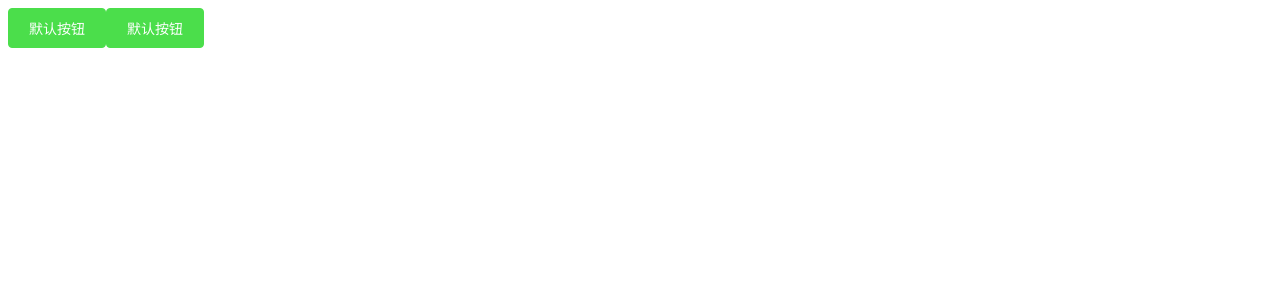
Repository: Cherry-pan/component-packing
Page: /
These files come from the project's save history. The page is drawn as it stood at one moment and after the next save; the edit follows.
The browser window is 1280 px wide. The pictures show the whole page.
The project was rebuilt for these pictures with package versions that can differ from the ones it lists, and the page was loaded fresh each time. Also part of the build but not shown: vue.config.js.

Above is the page before, as saved 2022-04-30 13:48:03.

### index.html
<!DOCTYPE html>
<html>
  <head>
    <meta charset="utf-8">
    <meta name="viewport" content="width=device-width,initial-scale=1.0">
    <title>component-packing</title>
  </head>
  <body>
    <div id="app"></div>
    <!-- built files will be auto injected -->
  </body>
</html>

### src/components/Home.vue
<template>
  <div class="hello">
  <AButton :class="[theme]">
    <slot></slot>
  </AButton>
  </div>
</template>

<script>
export default {
  name: 'Home',
  components:{
    "AButton":()=>import("@/components/button/Button.vue")
  },
  props:{
    type:{
      type:String,
      default:""
    }
  },
  computed:{
    theme(){
      console.log(this.type);
    }
  },
  data () {
    return {
      msg: 'Welcome to Your Vue.js App'
    }
  }
}
</script>

<!-- Add "scoped" attribute to limit CSS to this component only -->
<style scoped>

</style>

### src/components/button/Button.vue
<template>
  <div>
    <button disabled class="a-button a-button-success">默认按钮</button>
    <button disabled class="a-button a-button-success" type="primary">
      默认按钮
    </button>
  </div>
</template>

<script>
export default {
  name: "Button",

  data() {
    return {};
  },

  mounted() {},

  methods: {}
};
</script>

<style lang="scss" scoped>
.a-button {
  padding: 0 20px 0 20px;
  border-width: 1px;
  border-color: #dcdfe6;
  border-style: solid;
  border-radius: 4px;
  background-color: white;
  font-size: 14px;
  color: #606266;
  height: 40px;
  line-height: 40px;
}
// 禁用 透明度
.a-button[disabled] {
  opacity: 0.7;
  // 鼠标变成禁用
  cursor: not-allowed;
}
.a-button-primary {
  border-color: #409eff;
  background-color: #409eff;
  color: white;
  &.is-border {
    background-color: transparent;
    color: #409eff;
  }
}
.a-button-success {
  border-color: #00d100;
  background-color: #00d100;
  color: white;
  &.is-border {
    background-color: transparent;
    color: #00d100;
  }
}
.a-button-warning {
  border-color: #e6a23c;
  background-color: #e6a23c;
  color: white;
  &.is-border {
    background-color: transparent;
    color: #e6a23c;
  }
}
.a-button-danger {
  border-color: #f56c6c;
  background-color: #f56c6c;
  color: white;
  &.is-border {
    background-color: transparent;
    color: #f56c6c;
  }
}
// 圆角
.is-round {
  border-radius: 100px;
}
</style>

Loaded but not shown: src/main.js (common file); src/App.vue (common file); src/router/index.js (common file)

After the next save:
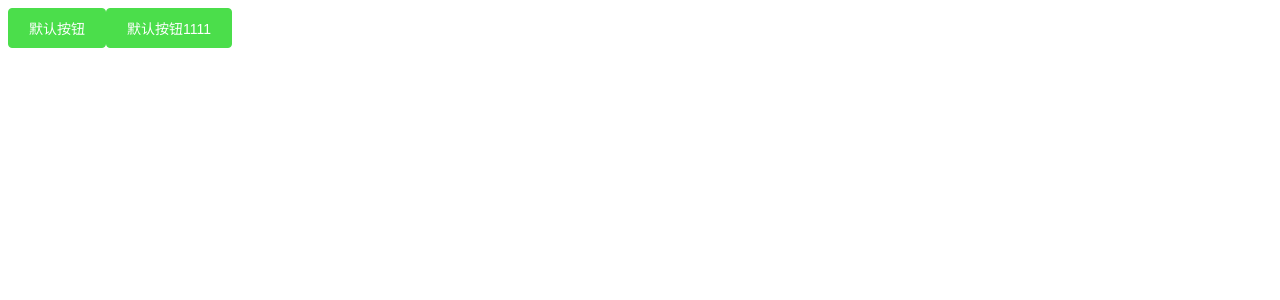
Saved 27 s later.
--- a/src/components/button/Button.vue
+++ b/src/components/button/Button.vue
@@ -2,7 +2,7 @@
   <div>
     <button disabled class="a-button a-button-success">默认按钮</button>
     <button disabled class="a-button a-button-success" type="primary">
-      默认按钮
+      默认按钮1111
     </button>
   </div>
 </template>
